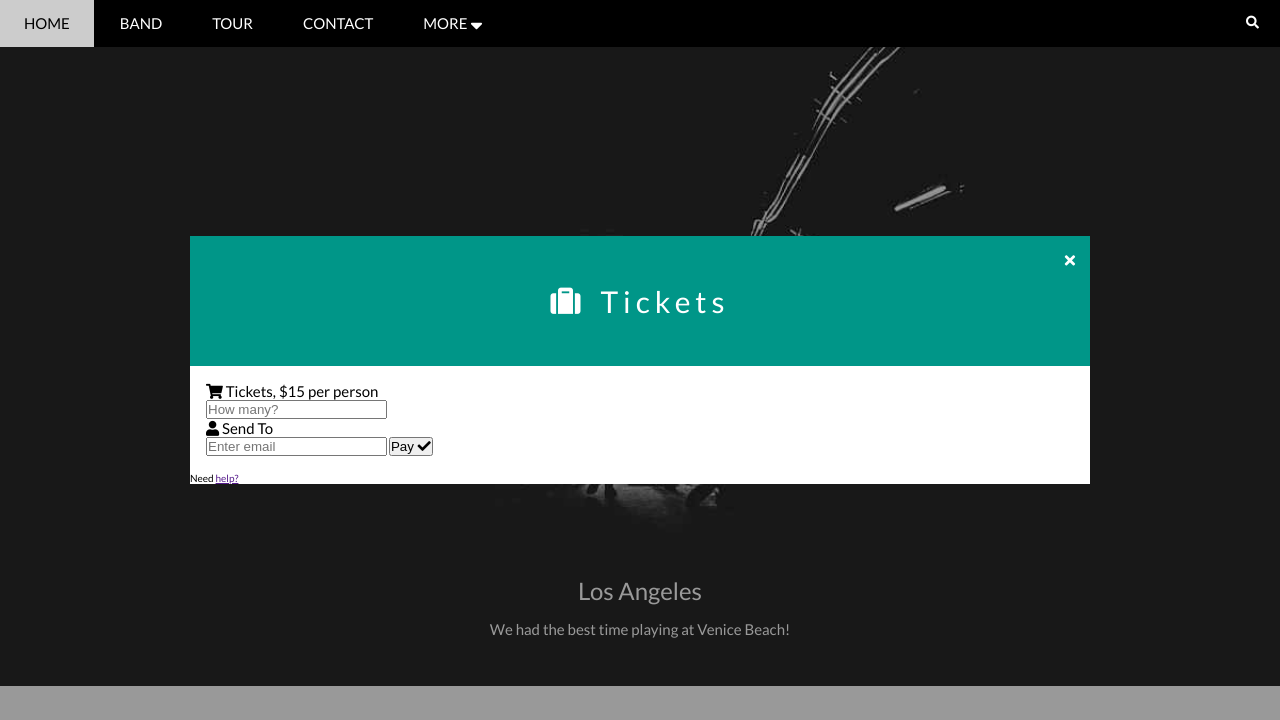
Repository: nguyenthaicong265/w3-band
Page: index.html
The author's editor kept a copy of each file at every save. The page is drawn from the files as they stood at one save, then again after the next save.
The browser window is 1280 px wide. The pictures show the window.
A layer covers the whole window, so only the first screen is drawn.

Above is the page before, as saved 2022-01-03 11:57:49.

After the next save:
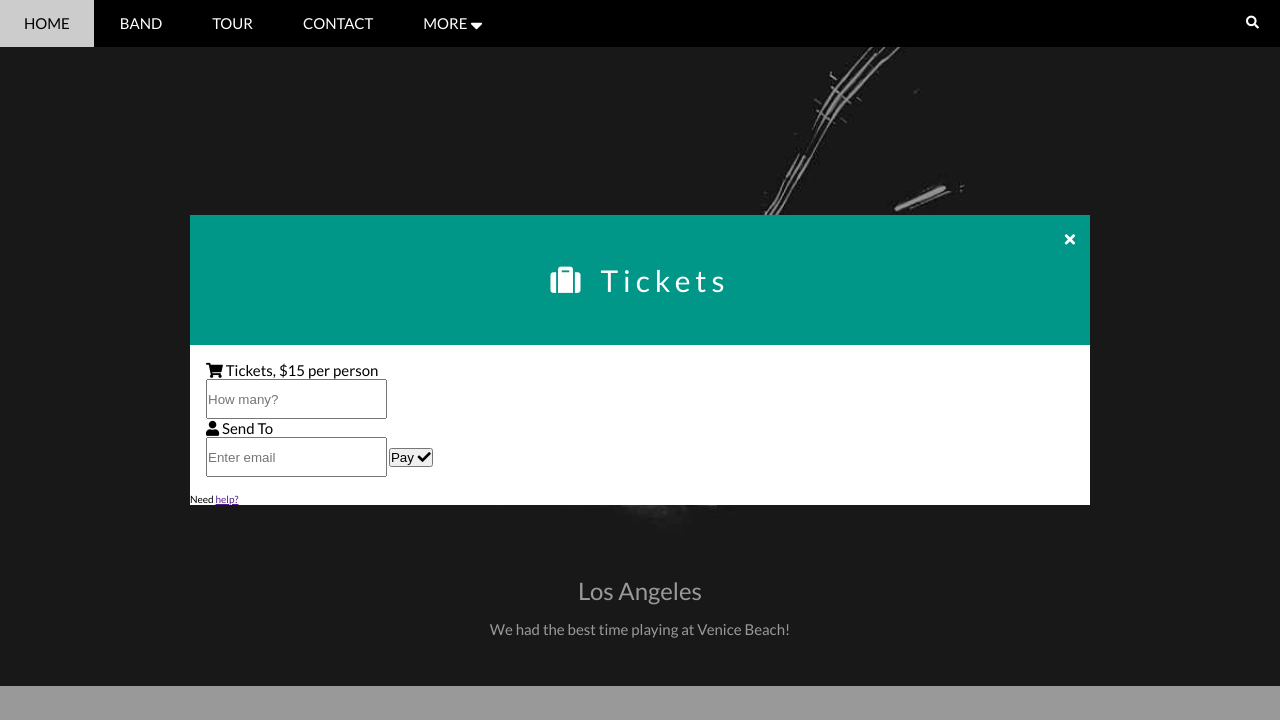
Saved 37 s later.
--- a/assets/css/styles.css
+++ b/assets/css/styles.css
@@ -363,5 +363,8 @@ html {
 .modal-body .modal-label {
     display: block;
     font-size: 15px;
-
-}
+}
+
+.modal-body .modal-input {
+    height: 40px;
+}
